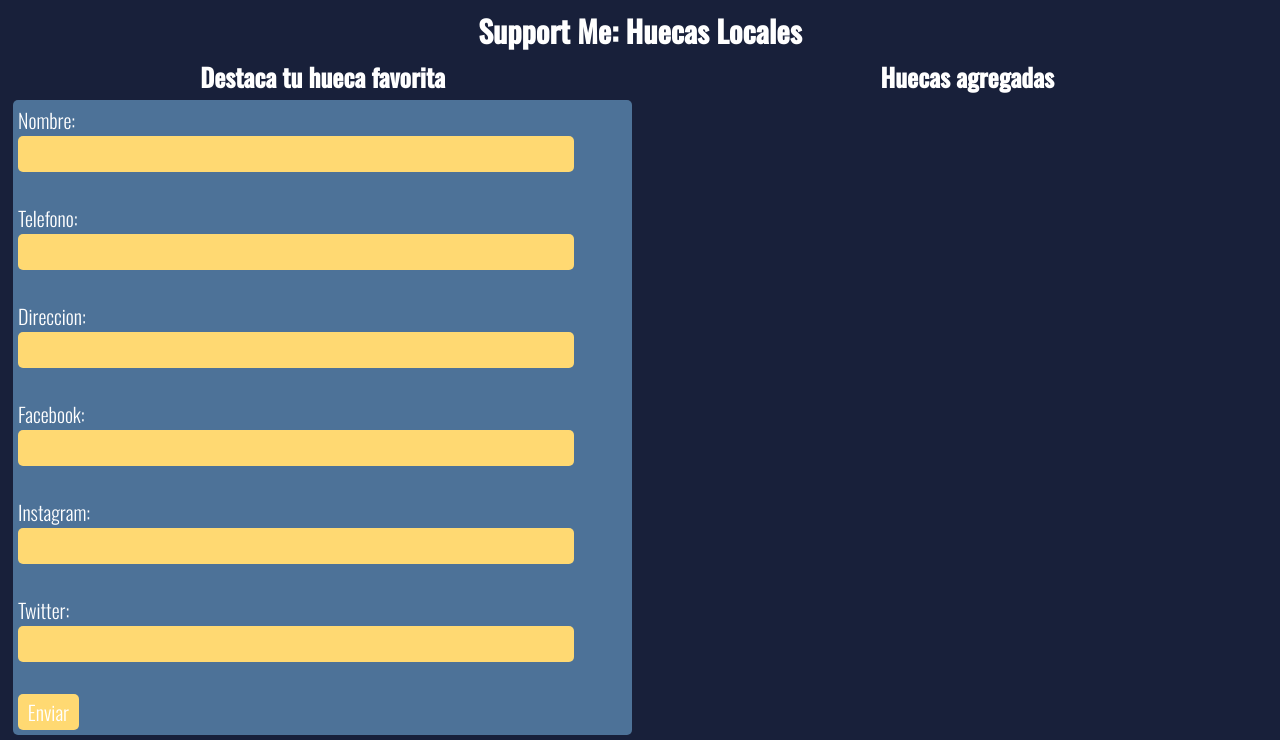
Repository: renzopachecoj/huecas-website
Page: index.html
An editor plug-in stored every save of this project. The page is shown before and after the next save, followed by the edit.
The browser window is 1280 px wide. The pictures show the whole page.

Above is the page before, as saved 2020-08-01 15:36:41.

After the next save:
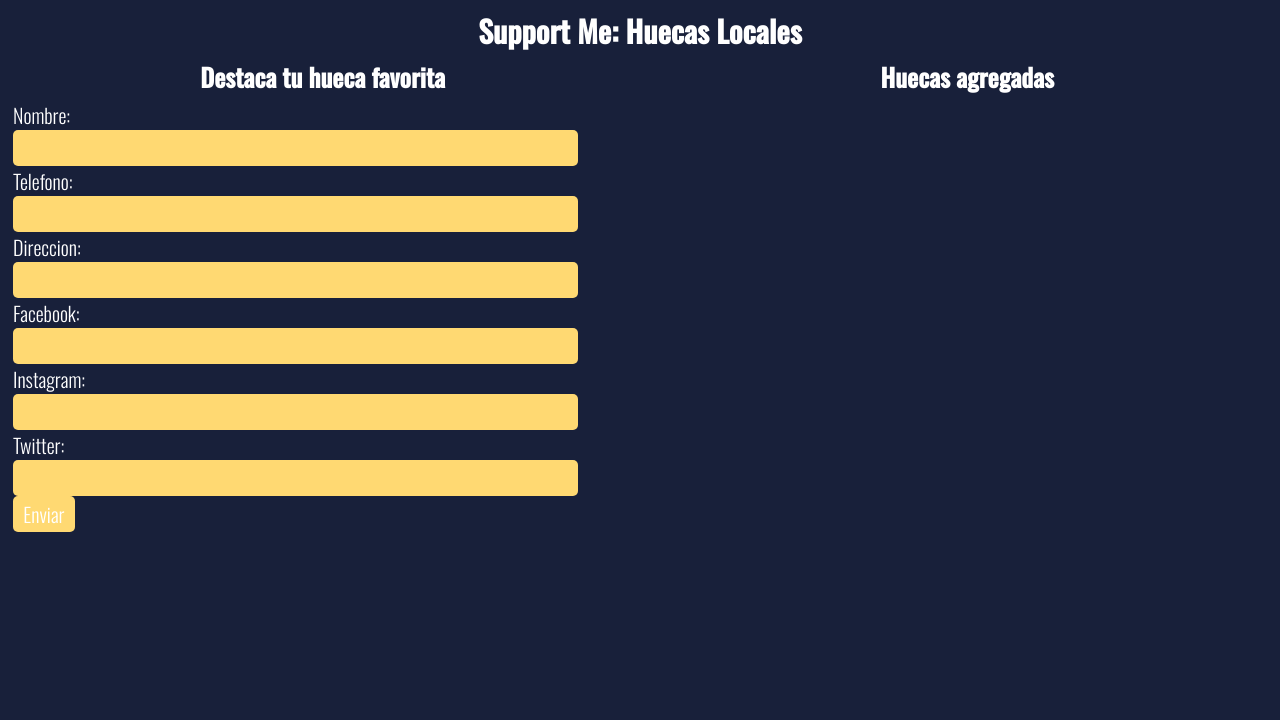
Saved 17 s later.
--- a/styles.css
+++ b/styles.css
@@ -46,12 +46,3 @@ input[value="Enviar"]{
     width: 10%;
     z-index: 100;
 }
-form{
-    background-color: #4D7298;
-    padding: 5px 5px 5px 5px;
-    border-radius: 5px;
-    display: flex;
-    flex-direction: column;
-    align-items: stretch;
-    row-gap: 1px;
-}
